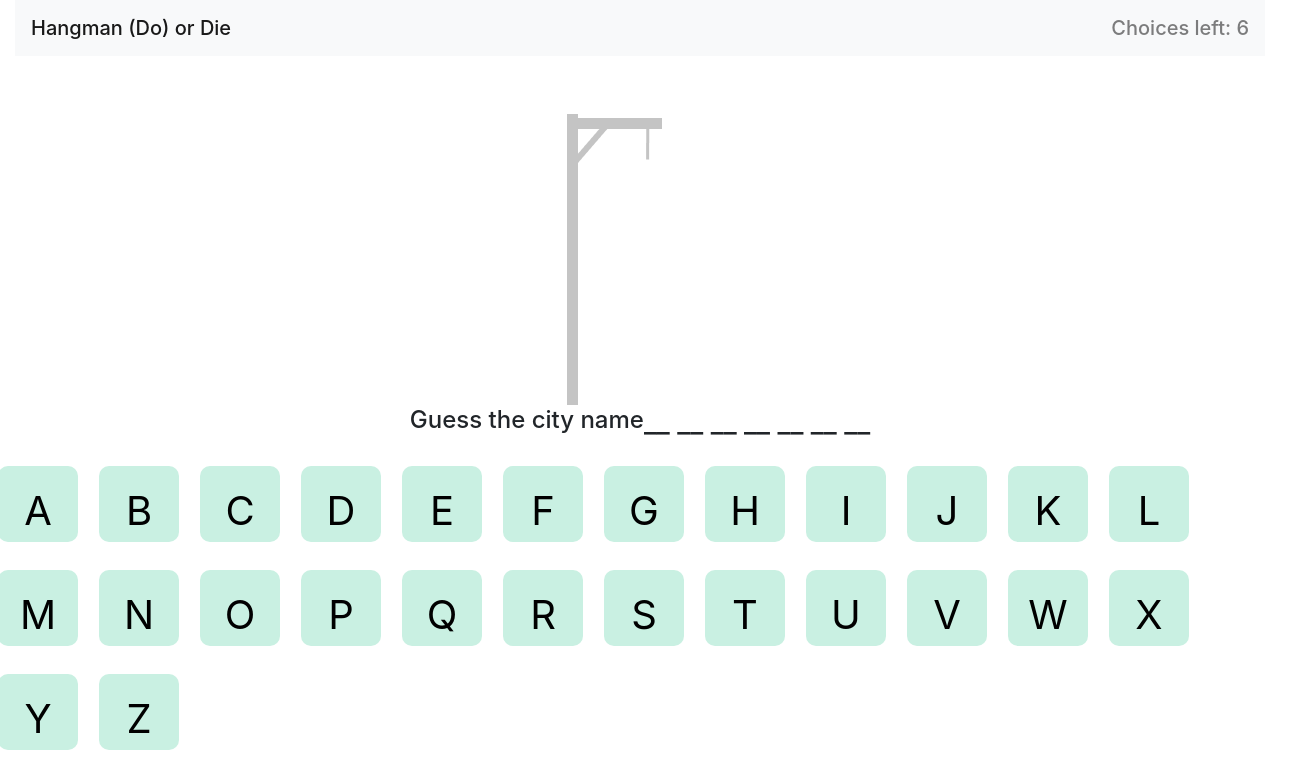
Repository: jatinhchanchlani/hangman
Page: /
These files come from the project's save history. The page is drawn as it stood at one moment and after the next save; the edit follows.
The browser window is 1280 px wide. The page is 1295 px wide, so the pictures cover 1295 px, including what lies to the right of the window. The pictures show the whole page.
The project was rebuilt for these pictures with package versions that can differ from the ones it lists, and the page was loaded fresh each time. Also part of the build but not shown: src/App.css, src/components/reset.jsx.

Above is the page before, as saved 2020-10-25 17:41:01.

After the next save:
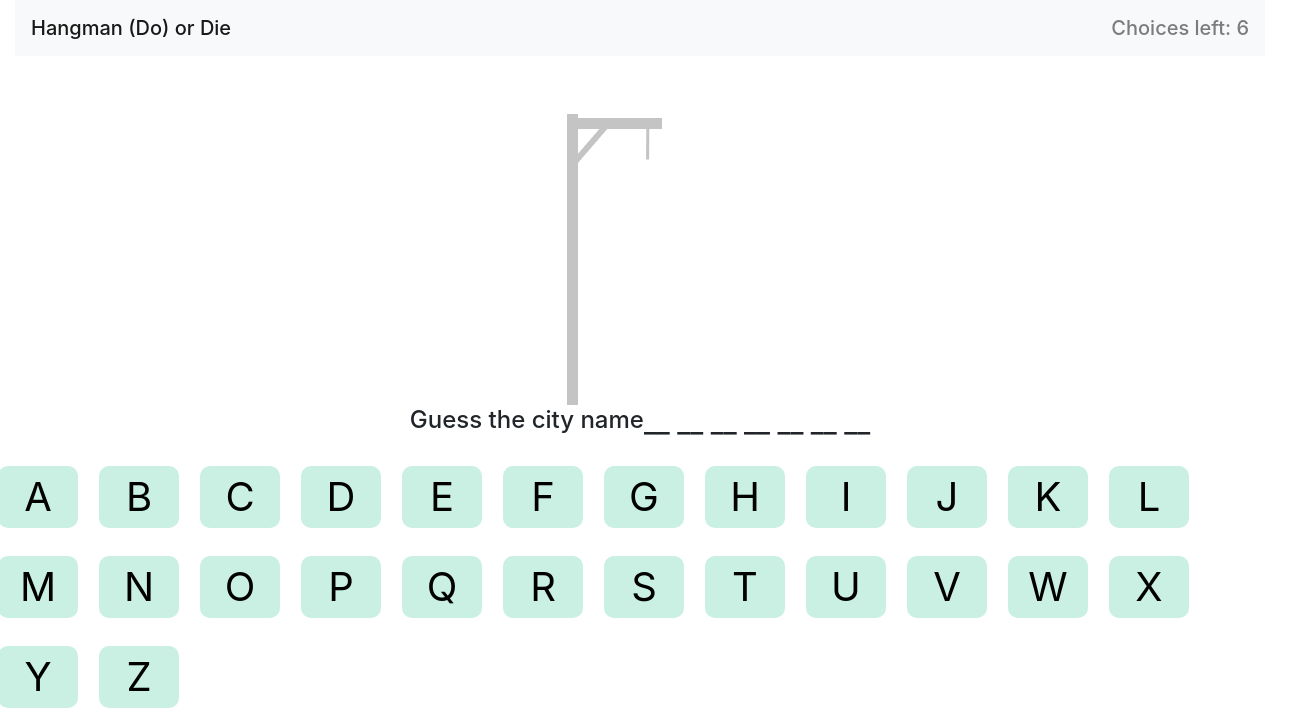
Saved 15 s later.
--- a/src/css/letters.css
+++ b/src/css/letters.css
@@ -9,7 +9,6 @@
     outline: none;
     color: #000;
     border-radius: 10px;
-    padding-top: 15px;
 }
 
 .letter-button:hover {
